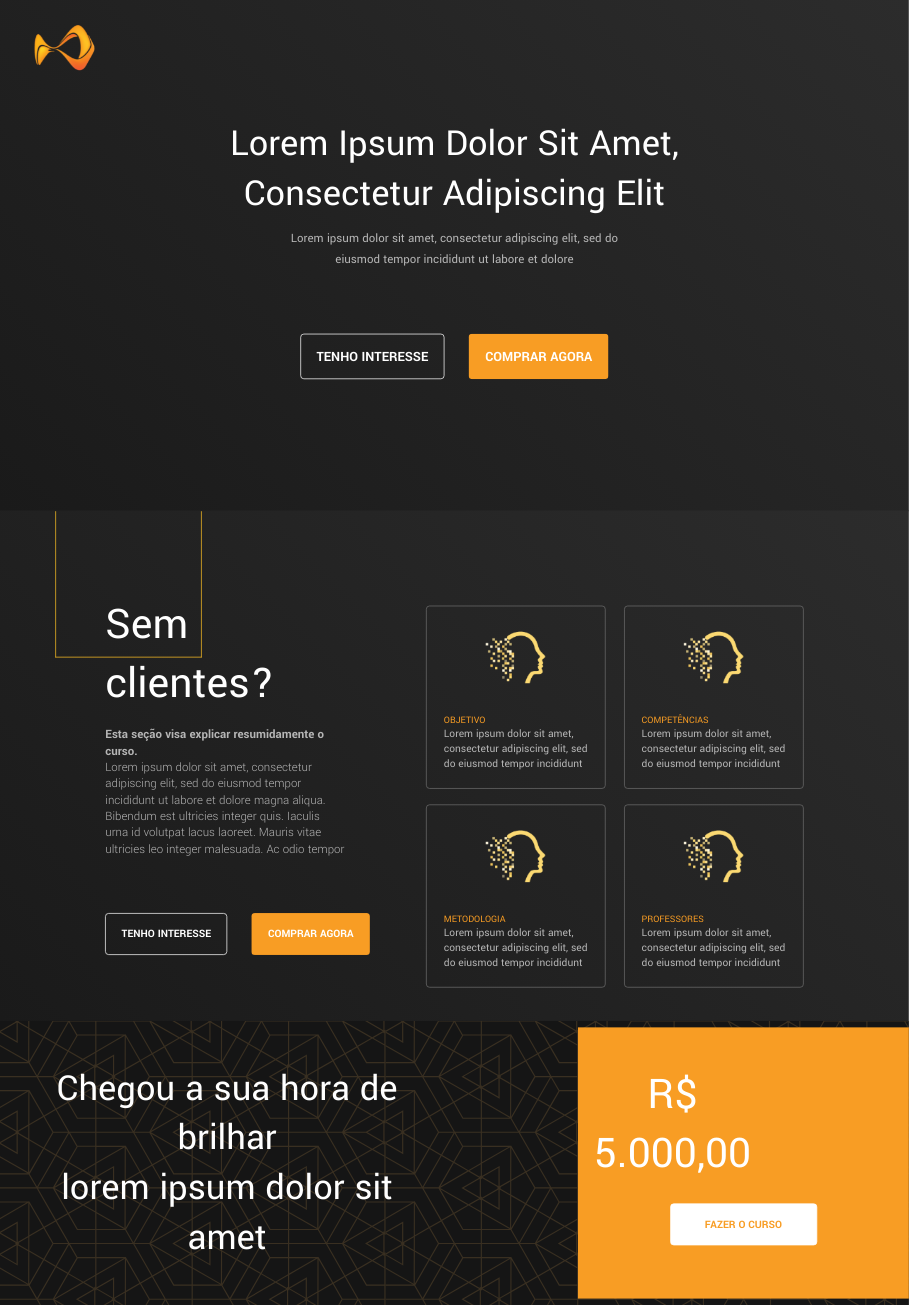
Repository: Rafael-Araujo-dev/Treinamento-Raccoon
Page: Projeto-2/index.html
The author's editor kept a copy of each file at every save. The page is drawn from the files as they stood at one save, then again after a run of saves.
The browser window is 1280 px wide. The pictures show the whole page, at 71% of full size.

Above is the page before, as saved 2021-09-23 11:26:49.

After the next 2 saves:
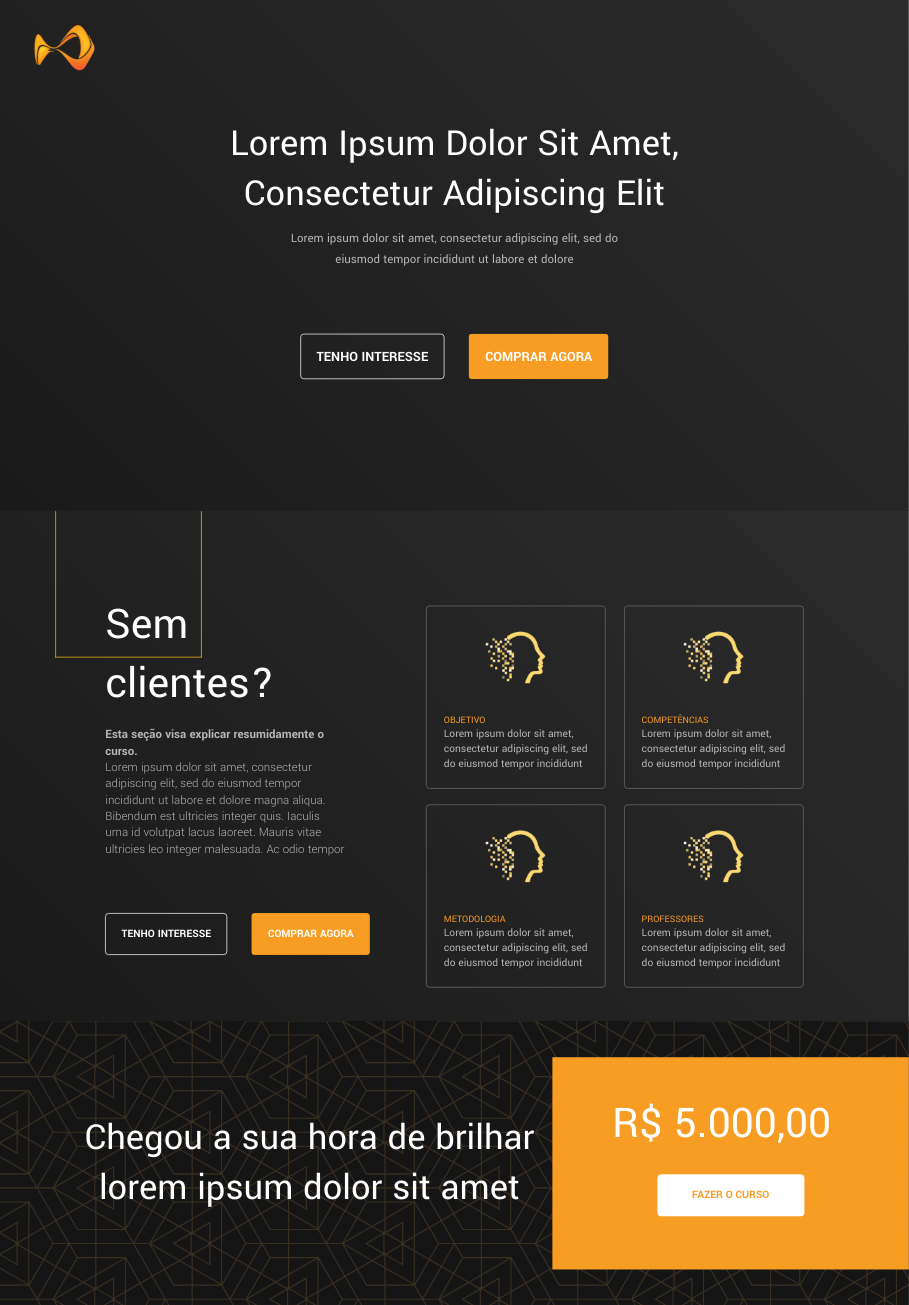
The 2 saves are shown as one change because they came seconds apart.
The last was saved 8 s later.
--- a/Projeto-2/css/style.css
+++ b/Projeto-2/css/style.css
@@ -357,7 +357,7 @@
     font-size: 54px;
     color: #FFFFFF;
     text-align: center;
-    margin-right: 200px;
+    margin-right: 2vw;
 }
 
 .take-course .container .card {
